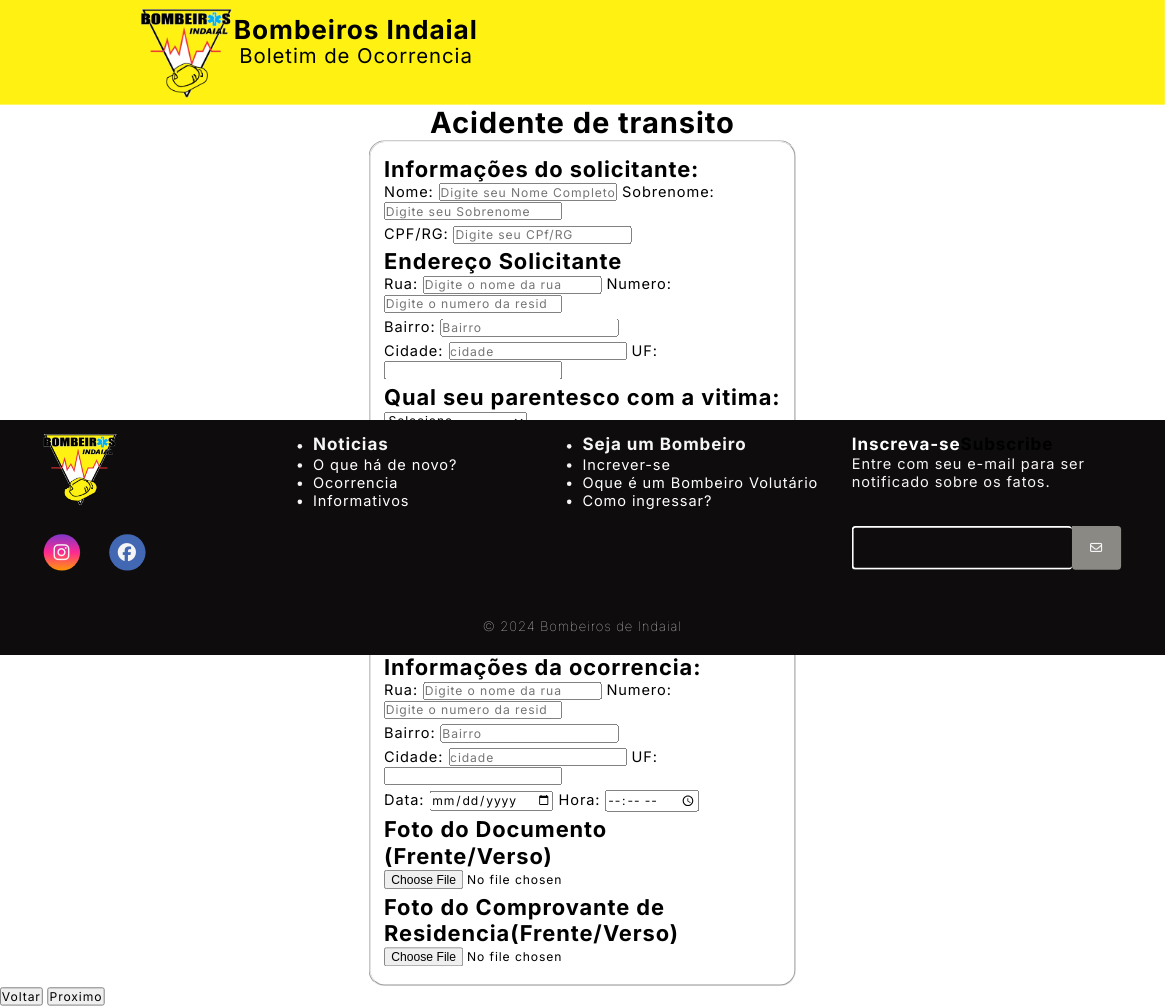
Repository: ThaylonKnopf/ProjetoBV
Page: AcidenteTransito/transitoparente/Form.html
These files come from the project's save history. The page is drawn as it stood at one moment and after a run of saves; the edit follows.
The browser window is 1280 px wide. The pictures show the whole page, at 91% of full size.

Above is the page before, as saved 2024-04-08 11:38:41.

After the next 6 saves:
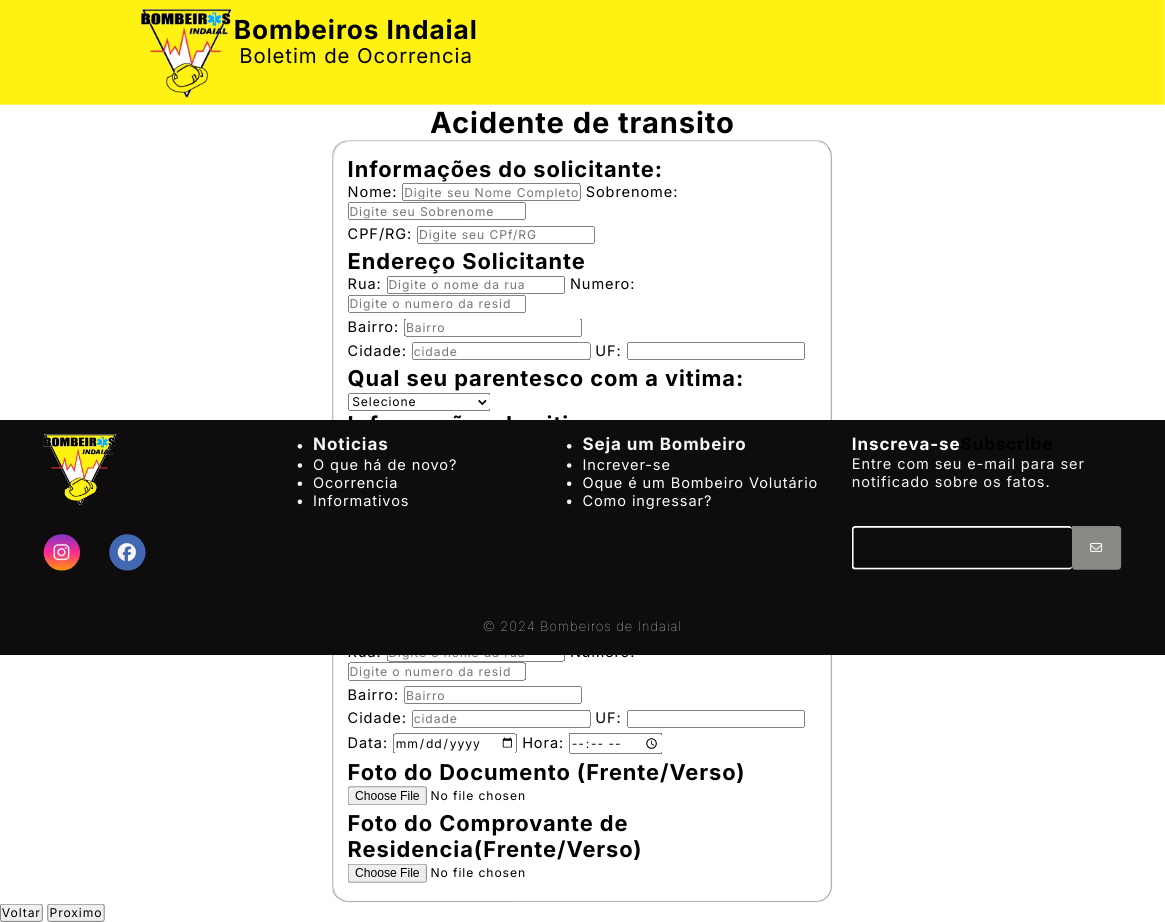
The 6 saves are shown as one change because they came seconds apart.
The last was saved 26 s later.
--- a/AcidenteTransito/transitoparente/estilo-fato.css
+++ b/AcidenteTransito/transitoparente/estilo-fato.css
@@ -28,7 +28,7 @@
 }
 
 form{
-    max-width: 470px;
+    max-width: 550px;
     margin: auto;
 }
 fieldset{
